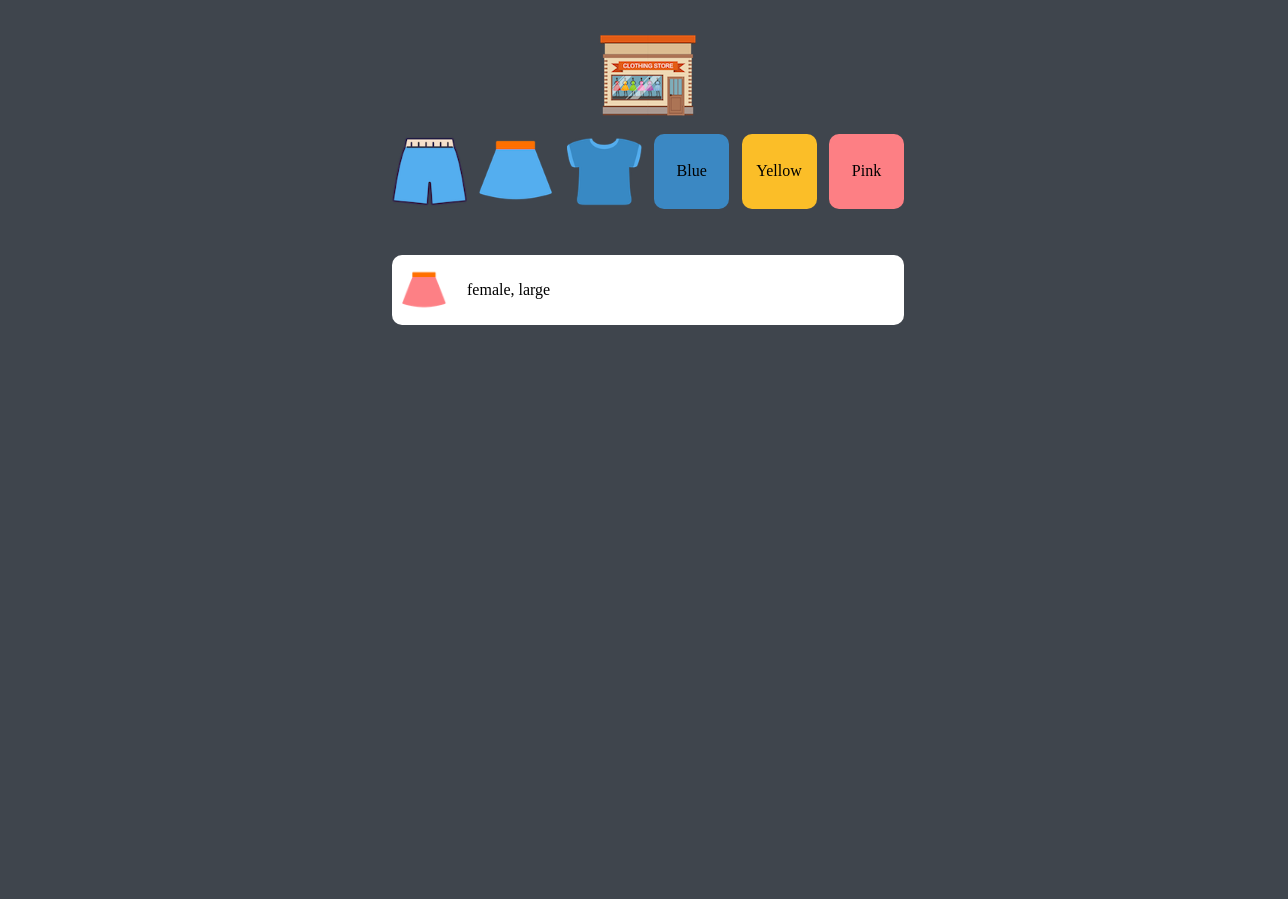
Repository: Jay-JYKim91/elle-shopping-mall
Page: index.html
The author's editor kept a copy of each file at every save. The page is drawn from the files as they stood at one save, then again after the next save.
The browser window is 1280 px wide. The page is 1288 px wide, so the pictures cover 1288 px, including what lies to the right of the window. The pictures show the whole page.
The pointer rests on the first visible `.color-box`.

Above is the page before, as saved 2021-07-26 19:47:42.

### index.html
<!DOCTYPE html>
<html lang="en">
  <head>
    <meta charset="UTF-8" />
    <meta name="viewport" content="width=device-width, initial-scale=1.0" />
    <title>Online Shopping</title>
    <link rel="stylesheet" href="style.css" />
    <script src="src/main.js" defer></script>
  </head>
  <body>
    <div class="container">
      <div class="logo">
        <img src="./img/logo.png" alt="logo">
      </div>
      <div class="options">
        <img src="./img/blue_p.png" alt="blue pants">
        <img src="./img/blue_s.png" alt="blue skirt">
        <img src="./img/blue_t.png" alt="blue t-shirt">
        <div class="color-box blue"><p>Blue</p></div>
        <div class="color-box yellow"><p>Yellow</p></div>
        <div class="color-box pink"><p>Pink</p></div>
      </div>
      <div class="lists">
        <ul>
          <li class="list">
            <img src="./img/pink_s.png" alt="">
            <div class="description">
              <p>female, large</p>
            </div>
          </li>
        </ul>
      </div>
    </div>
  </body>
</html>

### style.css
:root {
  /* color */
  --color-black: #3f454d;
  --color-white: #ffffff;
  --color-blue: #3b88c3;
  --color-yellow: #fbbe28;
  --color-pink: #fd7f84;
  --color-light-grey: #dfdfdf;
}

* {
  box-sizing: border-box;
}
body {
  background-color: var(--color-black);
  height: 90vh;
  width: 100vw;
}
.container {
  text-align: center;
  width: 40vw;
  height: 70vh;
  margin: 30px auto;
}
.options {
  display: flex;
  justify-content: space-between;
}
.options img {
  width: 75px;
  height: 75px;
}
.options img:hover {
  transform: scale(1.1);
}
.color-box {
  width: 75px;
  height: 75px;
  text-align: center;
  border-radius: 10px;
}
.color-box p {
  margin: 28px 0;
}
.blue {
  background-color: var(--color-blue);
}
.yellow {
  background-color: var(--color-yellow);
}
.pink {
  background-color: var(--color-pink);
}
.lists {
  height: 660px;
  overflow-y: scroll;
  padding: 0;
  margin-top: 30px;
}
.lists::-webkit-scrollbar {
  display: none;
}
ul {
  list-style: none;
  padding: 0;
}
.list {
  background-color: var(--color-white);
  width: 100%;
  padding: 10px;
  display: flex;
  align-items: center;
  margin-top: 10px;
  border-radius: 10px;
}
.list img {
  width: 45px;
  height: 45px;
  margin-right: 20px;
}

Loaded but not shown: src/main.js (no copy from this time; the picture is the same without it)

After the next save:
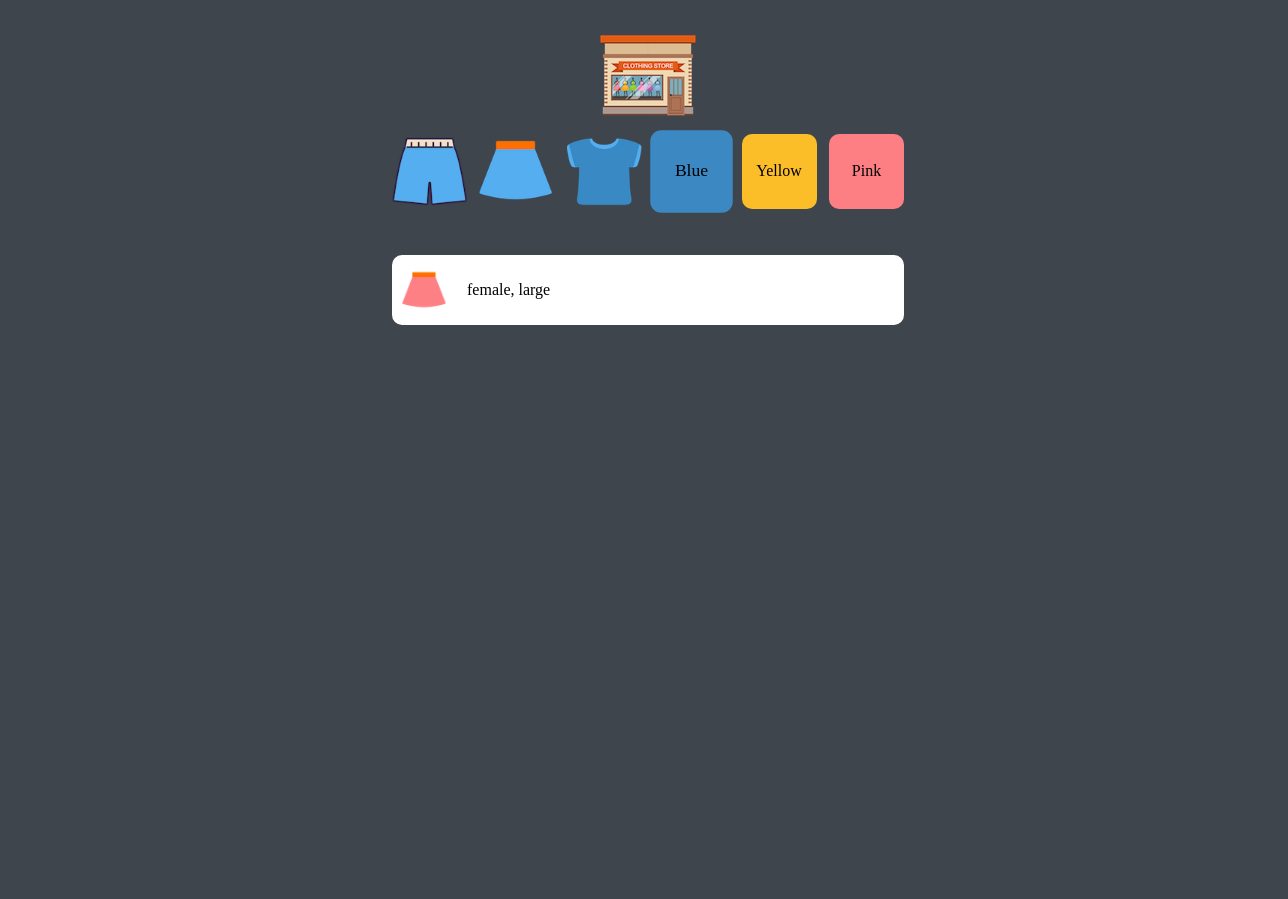
Saved 15 s later.
--- a/style.css
+++ b/style.css
@@ -39,6 +39,9 @@ body {
   text-align: center;
   border-radius: 10px;
 }
+.color-box:hover {
+  transform: scale(1.1);
+}
 .color-box p {
   margin: 28px 0;
 }
